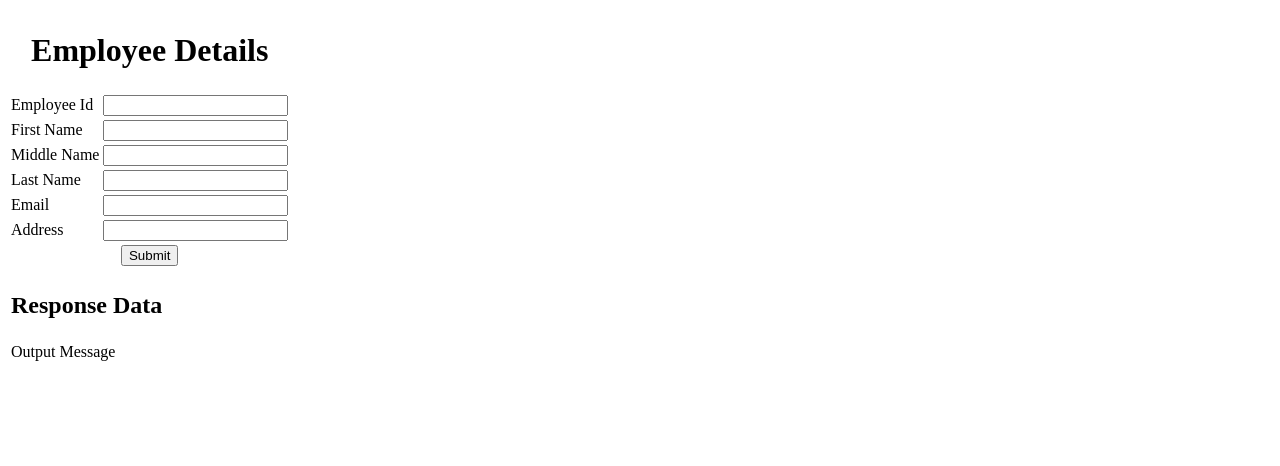
Repository: srjainapur/CRUD_Operation_With_Angular_Springboot
Page: angular-spring-demo/src/main/resources/static/post_data.html
An editor plug-in stored every save of this project. The page is shown before and after the next save, followed by the edit.
The browser window is 1280 px wide. The pictures show the whole page.
Some web libraries are served in a nearby version.

Above is the page before, as saved 2020-06-25 07:03:37.

### angular-spring-demo/src/main/resources/static/post_data.html
<!DOCTYPE html>
<html>
	<head>
		<title>
			AngularJs $http.post() Service Response Example
		</title>
		<script src="http://ajax.googleapis.com/ajax/libs/angularjs/1.4.8/angular.min.js"></script>
		<script type="text/javascript">
			var mainApp = angular.module('postserviceApp', []);
			mainApp.controller('postServiceControl', function($scope, $http) {
				$scope.empId = null;
				$scope.firstName = null;
				$scope.lastName = null;
				$scope.middleName = null;
				$scope.email = null;
				$scope.address = null;

				$scope.postData = function(empId, firstName, middleName, lastName, email, address) {
					var data = {
						empId : empId,
						firstName : firstName,
						middleName : middleName,
						lastName : lastName,
						email : email,
						address : address
					};

					// Call the service
					$http.post('employee/postData', JSON.stringify(data)).then(
						function(response) {
							if(response.data) {
								$scope.msg = "Employee Data submitted successfully";
							}
						},

						function(response) {
							$scope.msg = "service does not exist";
							$scope.statusval = response.status;
							$scope.statustext = response.statusText;
							$scope.headers = response.headers();
						}
					);
				};
			});
		</script>
	</head>
	<body>
		<div ng-app="postserviceApp" ng-controller="postServiceControl">
			<table>
				<tr>
					<th colspan="2" align="middle"><h1>Employee Details</h1></th>
				</tr>
				<tr>
					<td>Employee Id</td>
					<td><input name="empId" ng-model="empId" type="text" size="20"/></td>
				</tr>
				<tr>
					<td>First Name</td>
					<td><input name="firstName" ng-model="firstName" type="text" size="20"/></td>
				</tr>
				<tr>
					<td>Middle Name</td>
					<td><input name="middleName" ng-model="middleName" type="text" size="20"/></td>
				</tr>
				<tr>
					<td>Last Name</td>
					<td><input name="lastName" ng-model="lastName" type="text" size="20"/></td>
				</tr>
				<tr>
					<td>Email</td>
					<td><input name="email" ng-model="email" type="text" size="20"/></td>
				</tr>
				<tr>
					<td>Address</td>
					<td><input name="address" ng-model="address" type="text" size="20"/></td>
				</tr>
				<tr>
					<td colspan="2" align="middle">
						<input type="button" value="Submit" ng-click="postData(empId, firstName, middleName, lastName, email, address)">
					</td>
				</tr>
			</table>

			<table>
				<tr>
					<th colspan="2" align="middle"><h2>Response Data</h2></th>
				</tr>
				<tr>
					<td>Output Message</td>
					<td></td>
				</tr>
			</table>
		</div>
	</body>

</html>

After the next save:
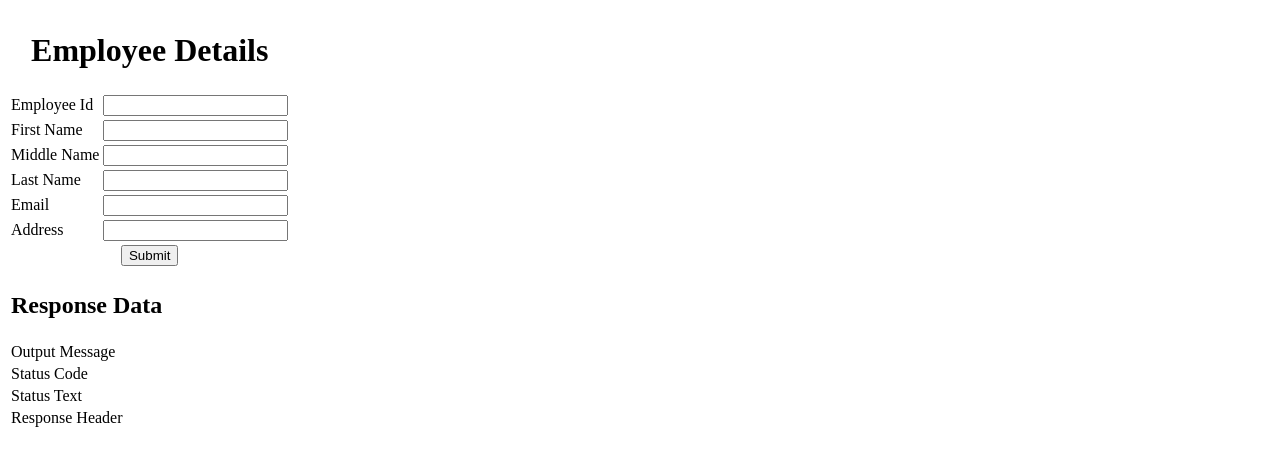
Saved 5 min 34 s later.
--- a/angular-spring-demo/src/main/resources/static/post_data.html
+++ b/angular-spring-demo/src/main/resources/static/post_data.html
@@ -87,7 +87,19 @@
 				</tr>
 				<tr>
 					<td>Output Message</td>
-					<td></td>
+					<td>{{msg}}</td>
+				</tr>
+				<tr>
+					<td>Status Code</td>
+					<td>{{statusval}} </td>
+				</tr>
+				<tr>
+					<td>Status Text</td>
+					<td>{{statustext}}</td>
+				</tr>
+				<tr>
+					<td>Response Header</td>
+					<td>{{headers}}</td>
 				</tr>
 			</table>
 		</div>
